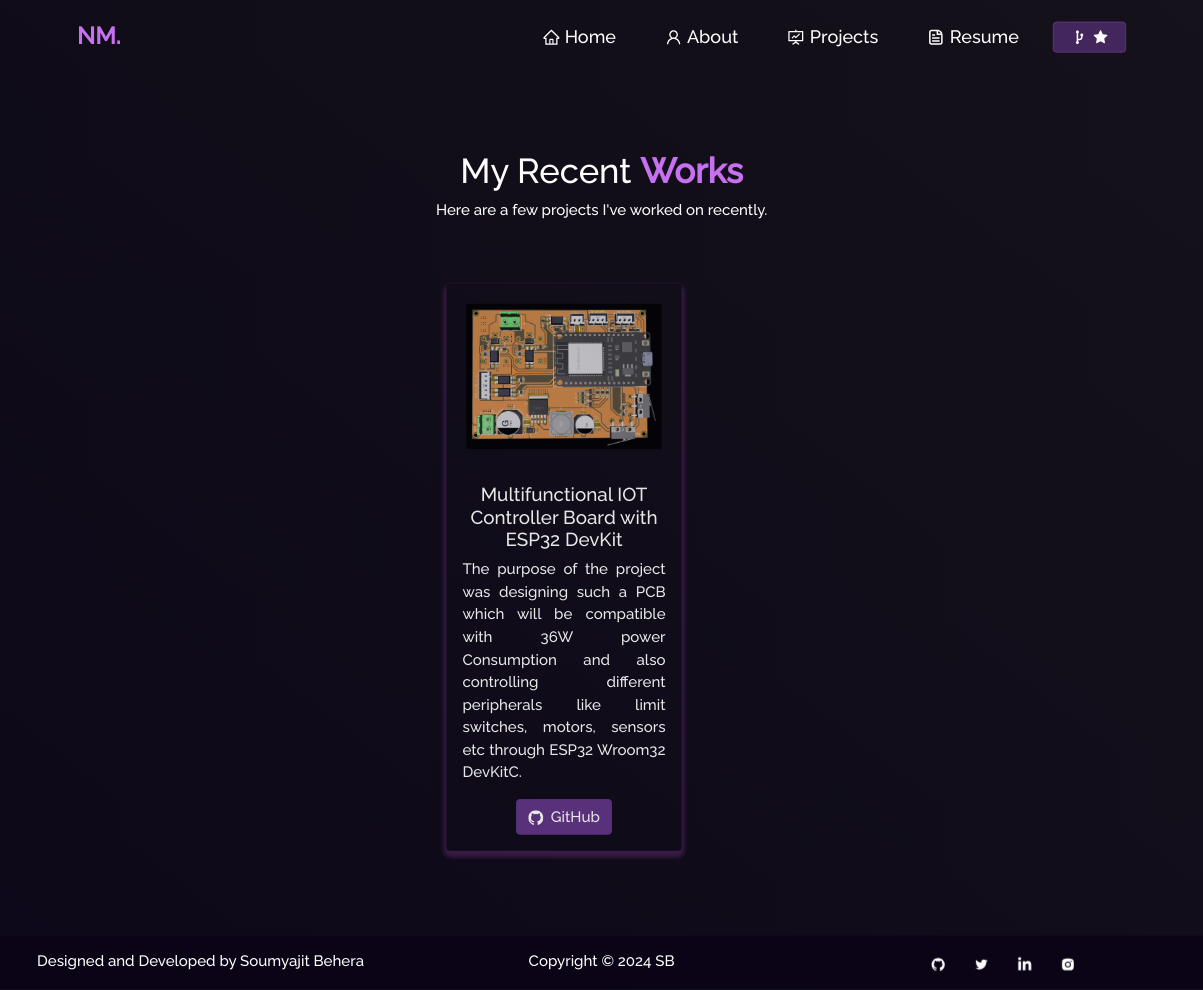
Repository: nenadMarkorvic/personal-website
Page: /project
The author's editor kept a copy of each file at every save. The page is drawn from the files as they stood at one save, then again after the next save.
The browser window is 1280 px wide. The pictures show the whole page, at 94% of full size.
The project was rebuilt for these pictures with package versions that can differ from the ones it lists, and the page was loaded fresh each time. Also part of the build but not shown: src/components/Home/Home2.js, src/components/Home/Type.js, src/components/Home/Home.js, src/components/About/Github.js, src/components/About/AboutCard.js, src/components/About/Toolstack.js, src/components/About/About.js, src/components/Resume/ResumeNew.js. Imported but missing from the stored project, and not drawn on this page: src/Assets/Nenad Markovic_pcb.pdf.

Above is the page before, as saved 2024-08-29 10:50:44.

After the next save:
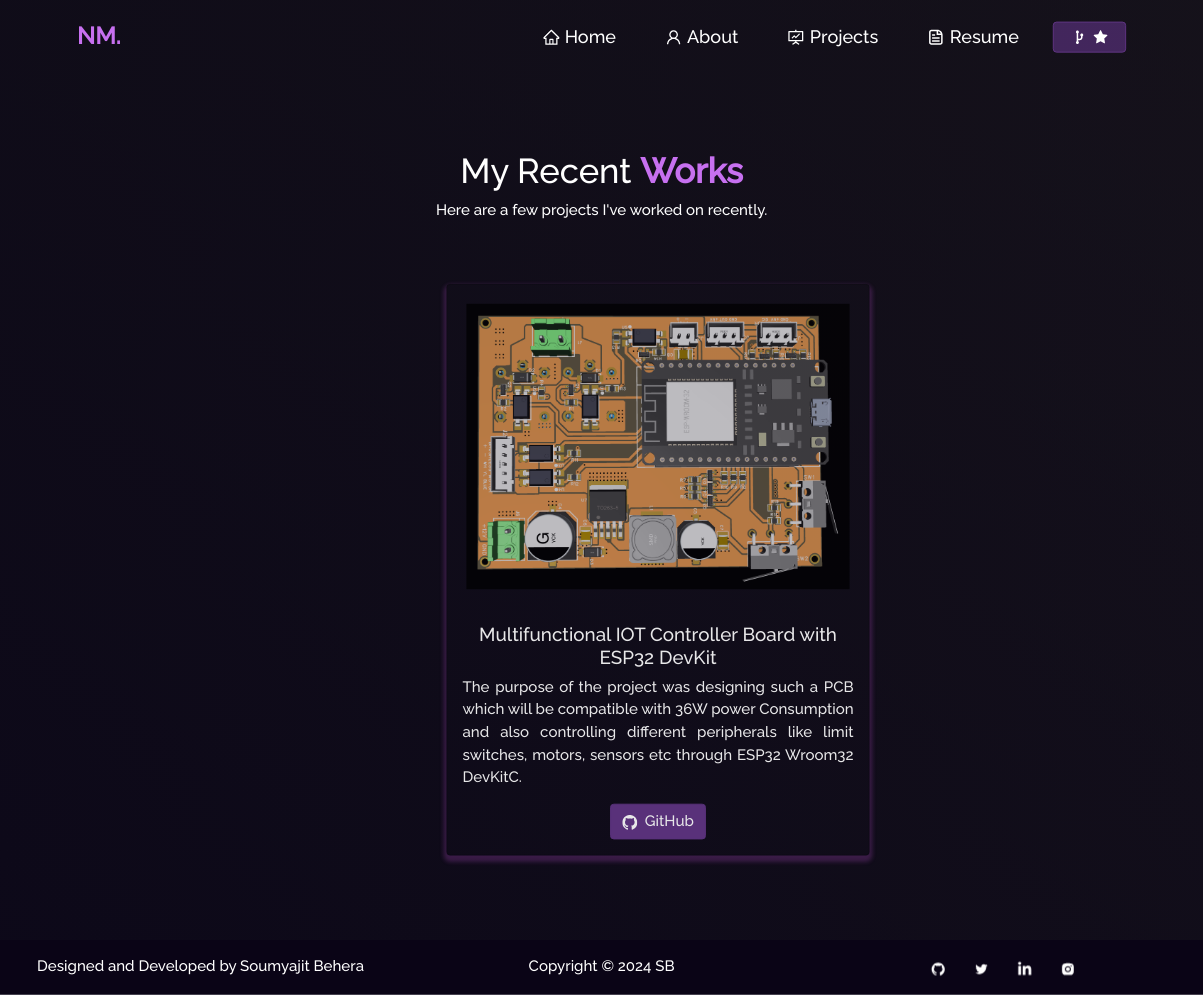
Saved 4 s later.
--- a/src/components/Projects/ProjectCards.js
+++ b/src/components/Projects/ProjectCards.js
@@ -6,7 +6,7 @@
 
 function ProjectCards(props) {
   return (
-    <Card className="project-card-view" style={{ width: '250px' }}>
+    <Card className="project-card-view" style={{ width: '450px' }}>
       <Card.Img variant="top" src={props.imgPath} alt="card-img" />
       <Card.Body>
         <Card.Title>{props.title}</Card.Title>
